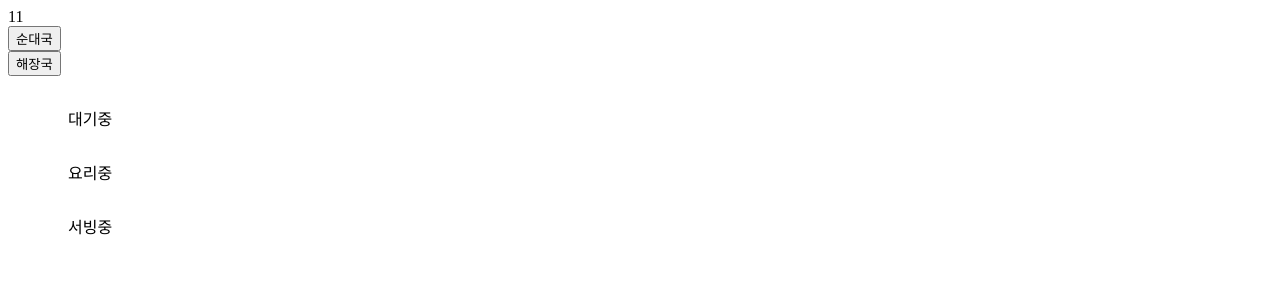
Repository: IT-magician/Restaurant-Simulation
Page: index.html
The author's editor kept a copy of each file at every save. The page is drawn from the files as they stood at one save, then again after the next save.
The browser window is 1280 px wide. The pictures show the whole page.

Above is the page before, as saved 2023-11-14 23:08:35.

### index.html
<!DOCTYPE html>
<html lang="ko-kr">
  <head>
    <meta charset="UTF-8" />
    <meta name="viewport" content="width=device-width, initial-scale=1.0" />
    <title>Document</title>
  </head>
  <body>
    <div class="kiosk">
      <div class="banner">
        <div class="ad-display"></div>
        <div class="progress-display"></div>
      </div>
      <div class="order">
        <div class="food">
          <div class="aa">11</div>
          <input type="button" value="순대국" />
        </div>
        <div class="food"><input type="button" value="해장국" /></div>
      </div>
    </div>
    <div class="order-display" style="margin: 30px">
      <div class="item" style="margin: 30px">
        <div class="title">대기중</div>
        <div id="waiting"></div>
      </div>
      <div class="item" style="margin: 30px">
        <div class="title">요리중</div>
        <div id="cooking"></div>
      </div>
      <div class="item" style="margin: 30px">
        <div class="title">서빙중</div>
        <div id="serving"></div>
      </div>
    </div>

    <!-- <script type="module" src="./js/food.js"></script>
    <script type="module" src="./js/machinesOfManaingeStore.js"></script>
    <script type="module" src="./js/staff.js"></script> -->
    <script src="./js/main.js" type="module"></script>
  </body>
</html>

### js/main.js
import {
  GeneralModelOfOrderManager,
  Kiosk,
} from "./MachinesOfManaingeStore.js";
import { Cooker, Waiter } from "./staff.js";
import { sundaeSoop } from "./food.js";

function displayDrawerFunc(orderInfoList, name = null) {
  console.log("------------------");
  console.log("displayDrawerFunc 함수 : ", name, orderInfoList);
  console.log("------------------");
  let orderWaitingTrHTML = "";
  let orderCookingTrHTML = "";
  let orderServingTrHTML = "";

  // orderInfoList.forEach((orderInfo) => {
  //   const tr = `<div class="order-display-item" style="display: flex;justify-content: space-evenly;">
  //                   <div>${orderInfo.food.getFoodName()}</div>
  //                   <div>${orderInfo.orderNumber}</div>
  //                   <div>${orderInfo.statusName}</div>
  //               </div>`;

  //   switch (orderInfo.statusName) {
  //     case "대기중":
  //       console.log("대기중인 주문 : ", orderInfo);
  //       orderWaitingTrHTML += tr;
  //       cnt++;
  //       break;
  //     case "요리중":
  //       orderCookingTrHTML += tr;
  //       break;
  //     case "서빙중":
  //       orderServingTrHTML += tr;
  //       break;
  //   }
  //   cnt++;
  // });

  const len = orderInfoList.length;
  for (let i = 0; i < len; i++) {
    const orderInfo = orderInfoList[i];

    const tr = `<div class="order-display-item" style="display: flex;justify-content: space-evenly;">
                    <div>${orderInfo.food.getFoodName()}</div>
                    <div>${orderInfo.orderNumber}</div>
                    <div>${orderInfo.statusName}</div>
                </div>`;

    switch (orderInfo.statusName) {
      case "대기중":
        console.log("대기중인 주문 : ", orderInfo);
        orderWaitingTrHTML += tr;
        break;
      case "요리중":
        orderCookingTrHTML += tr;
        break;
      case "서빙중":
        orderServingTrHTML += tr;
        break;
    }
  }

  document.querySelector(".order-display > .item #waiting").innerHTML =
    orderWaitingTrHTML;
  document.querySelector(".order-display > .item #cooking").innerHTML =
    orderCookingTrHTML;
  document.querySelector(".order-display > .item #serving").innerHTML =
    orderServingTrHTML;

  // console.log(
  //   "\n__________________________\norderWaitingTrHTML",
  //   orderWaitingTrHTML,
  //   "\n__________________________\norderCookingTrHTML",
  //   orderCookingTrHTML,
  //   "\n__________________________\norderServingTrHTML",
  //   orderServingTrHTML
  // );
  // console.log(" ");
  // console.log(" ");
}

const cookers = [new Cooker(), new Cooker()];
const waiters = [new Waiter(1000), new Waiter(2000)];
const orderManager = new GeneralModelOfOrderManager(
  cookers,
  waiters,
  displayDrawerFunc
);
const kiosk = new Kiosk(orderManager);

const kioskElement = document.querySelector(".kiosk");
const orderListBtns = kioskElement.querySelector(".order");

orderListBtns.addEventListener("click", (e) => {
  const element = e.target.parentNode.querySelector("input[type=button]");
  const orderFoodName = element.value;

  switch (orderFoodName) {
    case "순대국":
      kiosk.orderSundaeSoop();
      break;
    case "해장국":
      kiosk.orderSoopForHangingOver();
      break;
  }
});

### js/MachinesOfManaingeStore.js
import { Food, sundaeSoop, SoopForHangingOver } from "./food.js";

/**
 * OrderManger는 1:1, 1:N 모두가 될 수 있음. 1:1은 자기자신, 1:N인 경우는 메인-워커쓰레드처럼 자기 자신이 로드밸런서 역할을 하는 것으로 설계했음.
 */
class OrderManager {
  #orderList = [];
  #waitingCookers = [];
  #displayDrawerFunc;
  #waitingWaiters = [];

  testCount = 0;

  #uuid = 1;

  constructor(waitingCookers, waitingWaiters, displayDrawerFunc) {
    if (waitingCookers.length == 0 || waitingWaiters.length == 0)
      throw new Error("각각의 요리사나 웨이터는 한명 이상이어야합니다.");

    this.#waitingCookers = waitingCookers;
    this.#waitingWaiters = waitingWaiters;
    this.#displayDrawerFunc = displayDrawerFunc;
  }

  /**
   *
   * @param {int} orderUniqueNumber
   */
  /*virtual */ pop(orderUniqueNumber) {
    let removedItemIdx = this.#orderList.findIndex(
      (item) => item.orderNumber === orderUniqueNumber
    );

    if (removedItemIdx === -1) return null;

    let removedItem = this.#orderList[removedItemIdx];

    this.#orderList = this.#orderList.filter(
      (item) => item.orderNumber !== orderUniqueNumber
    );

    return removedItem;
  }

  #search(orderNumber) {
    let idx = 0;
    for (let orderInfo of this.#orderList) {
      if (orderInfo.orderNumber === orderNumber) {
        return idx;
      }
      idx++;
    }

    return -1;
  }

  #update(orderNumber, statusName) {
    let idx = this.#search(orderNumber);
    if (idx > -1) {
      this.#orderList[idx].statusName = statusName;
      console.log(`수정한 아이템 결과 : `, this.#orderList[idx]);
    }

    this.#displayDrawerFunc(this.#orderList, statusName);
  }

  /**
   *
   * @param {Food} food
   * @returns 주문번호
   */
  append(food) {
    // let uuid = this.#generateUUID();
    let uuid = this.#generateUUID();

    this.#orderList.push({
      food,
      orderNumber: uuid,
      statusName: null,
    });
    this.#update(uuid, "대기중");

    const waitingStaffUntilArriving = async function (staff) {
      let result = null;
      const maxWatchTime = 1000 * 3600; // 1hour
      let watchTime = 0;
      let interval = 100;

      await new Promise((resolve, reject) => {
        const checker = window.setInterval(() => {
          watchTime += interval;
          if (interval >= maxWatchTime) clearInterval(checker);

          if (staff.length > 0) {
            clearInterval(checker);
            resolve(staff.shift());
          }
        }, interval);
      }).then((_staff) => {
        result = _staff;
      });

      return result;
    };

    new Promise(async (resolve, reject) => {
      let cooker = await waitingStaffUntilArriving(this.#waitingCookers);

      cooker.setProgressWaitingTime(
        cooker.getProgressLevel("요리중"),
        food.getRequiredCookTime()
      );

      if (cooker.getCurrentProgressLevel() > 0) {
        cooker.resetProgress();
      }

      /// 데이터 변경 + Dom트리에 요리중으로 수정
      this.#update(uuid, "요리중");

      // 요리사 queue에서 꺼내와서 일시켜 + 동기화 진행
      for (
        let progressLevel = 1;
        progressLevel <= cooker.getMaxProgressLevel();
        progressLevel++
      ) {
        await cooker.doCurrentProgress();
      }

      /// 데이터 변경 + Dom트리에 요리중으로 수정
      this.#update(uuid, "대기중");

      // 일끝났으면 다시 queue에 집어넣어
      this.#waitingCookers.push(cooker);

      resolve();
    }).then(async () => {
      let waiter = await waitingStaffUntilArriving(this.#waitingWaiters);

      if (waiter.getCurrentProgressLevel() > 0) waiter.resetProgress();

      /// 데이터 변경 + Dom트리에 요리중으로 수정
      this.#update(uuid, "서빙중");

      for (
        let progressLevel = 1;
        progressLevel <= waiter.getMaxProgressLevel();
        progressLevel++
      ) {
        await waiter.doCurrentProgress();
      }

      // 일끝났으면 다시 queue에 집어넣어
      this.#waitingWaiters.push(waiter);

      this.pop(uuid);
      this.#update(uuid, "서빙완료");
    });
  }

  /**
   *
   * @param {int} orderUniqueNumber
   * @param {string} statusName
   */
  setProgressStatus(orderUniqueNumber, statusName) {
    this.#orderList.find(
      (item) => item.orderNumber === orderUniqueNumber
    ).statusName = statusName;
  }
  /*virtual*/
  #generateUUID() {
    return this.#uuid++;
  }
}

class GeneralModelOfOrderManager extends OrderManager {}
class MainThreadOfOrderManagerModel extends OrderManager {} // cooming soon!
class WorkerThreadOfOrderManagerModel extends OrderManager {} // cooming soon!

class Kiosk {
  #orderManager;

  /**
   *
   * @param {OrderManager} orderManager
   */
  constructor(orderManager) {
    this.#orderManager = orderManager;
  }

  orderSundaeSoop() {
    const food = new sundaeSoop();
    return this.#order(food);
  }

  orderSoopForHangingOver() {
    return this.#order(new SoopForHangingOver());
  }

  /**
   *
   * @param {Food} food
   * @returns
   */
  #order(food) {
    this.#orderManager.append(food);
  }

  /**
   *
   * @param {int} orderUniqueNumber
   * @returns
   */
  cancel(orderUniqueNumber) {
    return this.#orderManager.pop(orderUniqueNumber);
  }
}

export { GeneralModelOfOrderManager, Kiosk };

### js/staff.js
class Staff {
  #progress_status_idx = 0;
  #progress_status_names = ["대기"];
  #progress_status_waiting_times = [0];
  #current_progress_left_time = 0;
  #check_progress_status_interval = 1000;

  /**
   *
   * @param {object - '작업이름':'걸리는 시간'} progress_status_info
   */
  constructor(progress_status_info) {
    if (
      progress_status_info instanceof Object === false ||
      progress_status_info.length < 1
    )
      throw new Error(
        "Invalid Argument - the progress status names's type must be object (key-value array) type and the length is more than zero."
      );

    const progressCount = progress_status_info.length;

    this.#progress_status_names = Array(progressCount);
    this.#progress_status_waiting_times = Array(progressCount);

    let i = 0;
    for (const [progress_name, progress_waiting_time] of Object.entries(
      progress_status_info
    )) {
      this.#progress_status_names[i] = progress_name;
      this.#progress_status_waiting_times[i] = progress_waiting_time;
      i++;
    }
  }

  resetProgress() {
    this.#progress_status_idx = 0;
  }

  jumpCurrentProgress() {
    return (this.#progress_status_idx =
      ++this.#progress_status_idx % this.#progress_status_names.length);
  }

  /**
   *
   * @returns {Promise|int} promise 객체나, (완료시) 작업했던 단계를 반환한다.
   */
  async doCurrentProgress() {
    return await new Promise((resolve, reject) => {
      setTimeout(() => {
        // if (progressLevel === 1) reject("대기상태에서는 아무 작업도 하지 않습니다.")
        this.jumpCurrentProgress();
        resolve(this.getCurrentProgressLevel());
      }, this.#progress_status_waiting_times[this.#progress_status_idx]);
    });

    const progressStatusInterval = getCheckProgressStatusInterval();
    const countDown = function () {
      const leftWaitingTime = Math.max(
        0,
        getCurrentProgressWaitingTime() - progressStatusInterval
      );
      setCurrentProgressWaitingTime(leftWaitingTime);

      return leftWaitingTime;
    };

    return new Promise((resolve, reject) => {
      setTimeout(() => {
        // if (progressLevel === 1) reject("대기상태에서는 아무 작업도 하지 않습니다.")

        const leftWaitingTime = countDown();

        resolve([leftWaitingTime, progressLevel]);
      }, progressStatusInterval);
    });
  }

  getMaxProgressLevel() {
    return this.#progress_status_names.length;
  }

  /**
   *
   * @param {int} progress_level : 찾고자하는 이름의 작업단계를 전달한다.
   * @returns {string} : 전달받은 작업단계의 작업이름을 반환한다.
   */
  getProgressName(progress_level) {
    return this.#progress_status_names[progress_level];
  }

  getProgressLevel(progress_name) {
    return (
      this.#progress_status_names.findIndex((item) => item === progress_name) +
      1
    );
  }
  /**
   *
   * @returns {string}
   */
  getCurrentProgressName() {
    return this.#progress_status_names[this.#progress_status_idx];
  }

  /**
   *
   * @returns {int}
   */
  getCurrentProgressLevel() {
    return this.#progress_status_idx + 1;
  }

  setProgressWaitingTime(progress_level, waiting_time) {
    if (
      progress_level < 1 ||
      progress_level > this.#progress_status_names.length
    )
      throw new Error("OutBoundError : Out Of Progress Level Range.");

    //
    // if (waiting_time < 0)
    //     throw new Error("the waiting time must be from 0 to infinite.");

    this.#progress_status_waiting_times[progress_level - 1] = waiting_time;
  }

  getCheckProgressStatusInterval() {
    return this.#check_progress_status_interval;
  }

  setCheckProgressStatusInterval(milliseconds) {
    this.#check_progress_status_interval = milliseconds;
  }

  //   getCurrentProgressWaitingTime() {
  //     return this.#current_progress_left_time;
  //   }

  #setCurrentProgressWaitingTime(left_time) {
    this.#current_progress_left_time = left_time;
  }
}

class Cooker extends Staff {
  constructor() {
    super({
      대기중: 0 * 1000,
      요리중: -1,
    });
  }
}

class Waiter extends Staff {
  constructor(serving_work_time) {
    super({
      대기중: 0 * 1000,
      서빙: serving_work_time,
    });
  }
}

export { Cooker, Waiter };

### js/food.js
class Food {
  #name;
  #cookTime;
  #origin = "대전광역시";

  constructor(name, cookTime) {
    this.#name = name;
    this.#cookTime = cookTime;
  }

  getFoodName() {
    return this.#name;
  }

  getRequiredCookTime() {
    return this.#cookTime;
  }
}

class sundaeSoop extends Food {
  constructor() {
    super("순대국", 5 * 1000);
  }
}

class SoopForHangingOver extends Food {
  constructor() {
    super("해장국", 2 * 1000);
  }
}

export { Food, sundaeSoop, SoopForHangingOver };

After the next save:
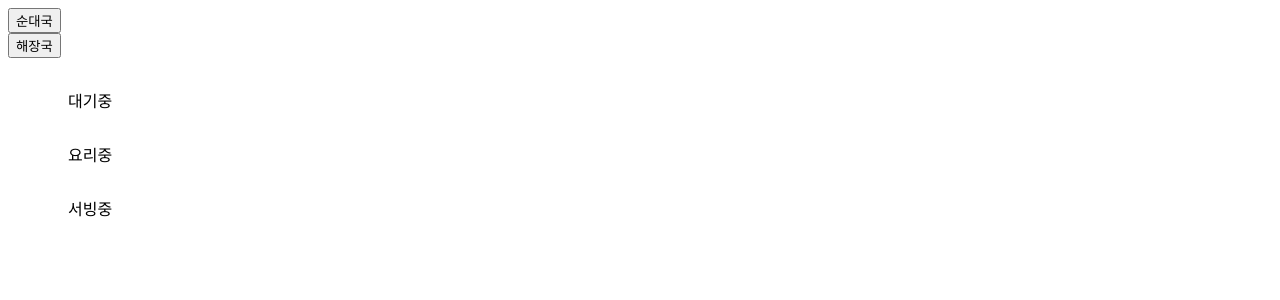
Saved 15 s later.
--- a/index.html
+++ b/index.html
@@ -13,7 +13,6 @@
       </div>
       <div class="order">
         <div class="food">
-          <div class="aa">11</div>
           <input type="button" value="순대국" />
         </div>
         <div class="food"><input type="button" value="해장국" /></div>
